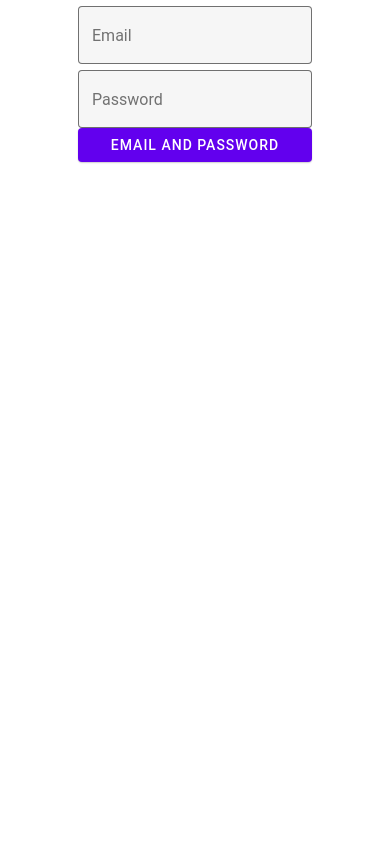
Repository: pascalgrim/GymTracker
Screen: /
These files come from the project's save history. The screen is drawn as it stood at one moment and after the next save; the edit follows.
The app was drawn by React Native's web renderer in a window 390 px wide. The project was rebuilt for these pictures with package versions that can differ from the ones it lists, and the page was loaded fresh each time. Also part of the build but not shown: components/menuCard.js, components/Dashboard.js, firebase.js, context/AuthContext.js.

Above is the screen before, as saved 2021-11-05 19:54:15.

After the next save:
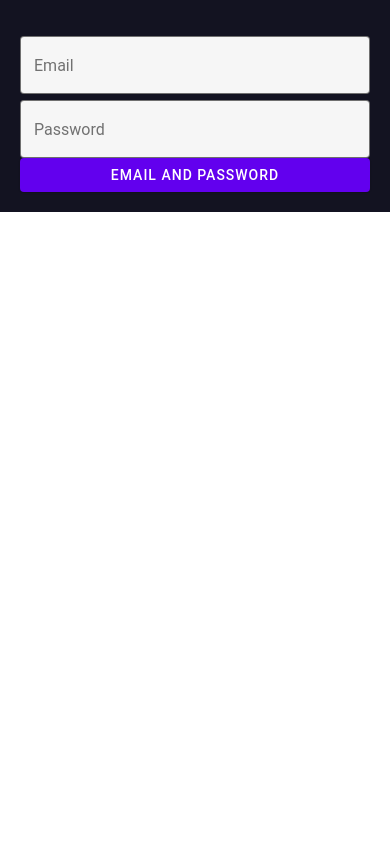
Saved 21 s later.
--- a/components/Signup.js
+++ b/components/Signup.js
@@ -37,7 +37,7 @@ export default function Signup() {
 
     }
     return (
-        <View style={{paddingLeft:"20%",paddingRight:"20%"}}>
+        <View style={styles.container}>
         <TextInput label="Email" mode="outlined"/>
         <TextInput label="Password" mode="outlined" secureTextEntry={true}/>
         <Button dark={true} mode="contained" onPress={handleSubmit}>
